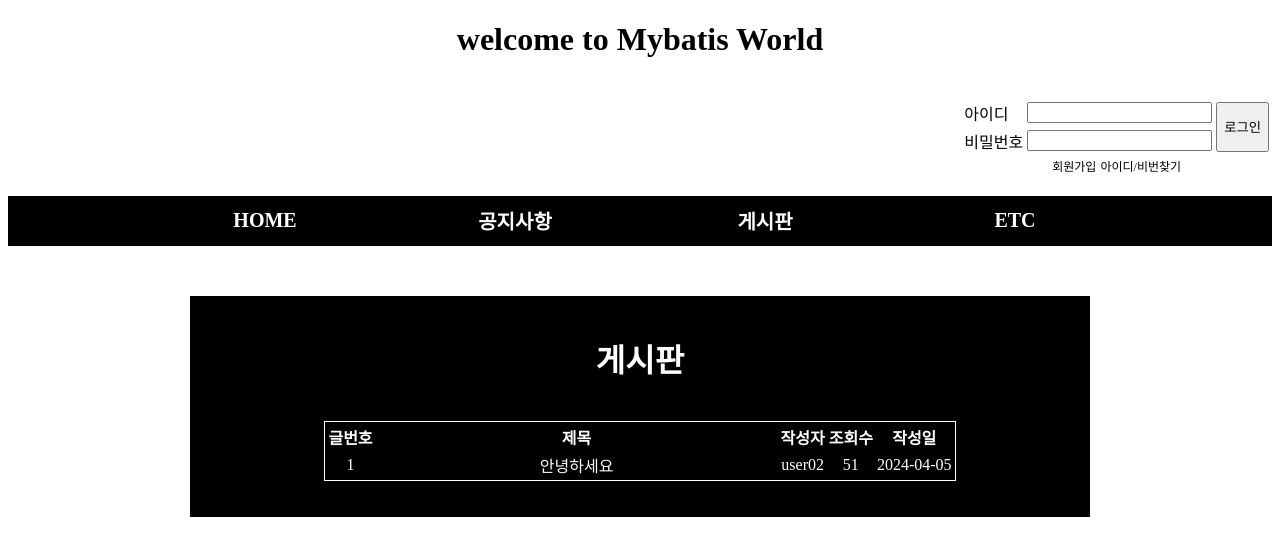
Repository: euicheol99/mystudycode
Page: http://localhost/mybatisProject/views/board/boardListView.jsp
The author's editor kept a copy of each file at every save. The page is drawn from the files as they stood at one save, then again after the next save.
The browser window is 1280 px wide. The pictures show the whole page.
The page is served by Tomcat 10.

Above is the page before, as saved 2025-03-07 01:25:40.

After the next save:
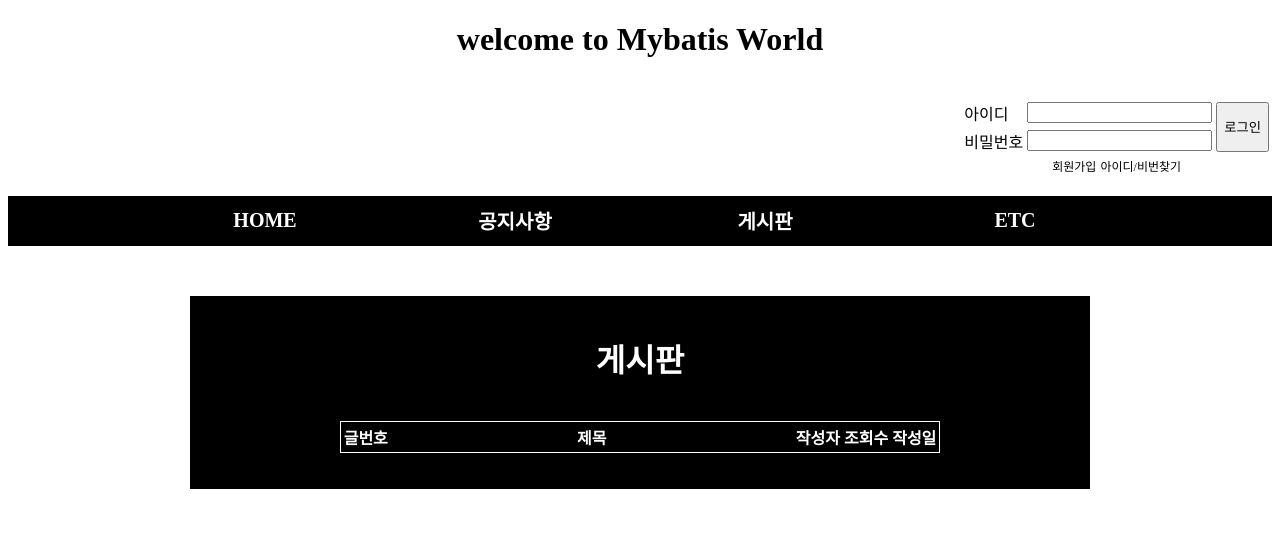
Saved 2 min 14 s later.
--- a/08_Mybatis/mybatisProject/src/main/webapp/views/board/boardListView.jsp
+++ b/08_Mybatis/mybatisProject/src/main/webapp/views/board/boardListView.jsp
@@ -37,13 +37,15 @@
                 </tr>
             </thead>
             <tbody>
-                <tr>
-                    <td>1</td>
-                    <td>안녕하세요</td>
-                    <td>user02</td>
-                    <td>51</td>
-                    <td>2024-04-05</td>
-                </tr>
+                <c:forEach var = "b" items="${list}">
+                	<tr>
+                		<td>${b.boardNo}</td>
+                		<td>${b.boardTitle}</td>
+                		<td>${b.userId}</td>
+                		<td>${b.count}</td>
+                		<td>${b.reateDate}</td>
+                	</tr>
+                </c:forEach>
             </tbody>
         </table>
         <br><br>
